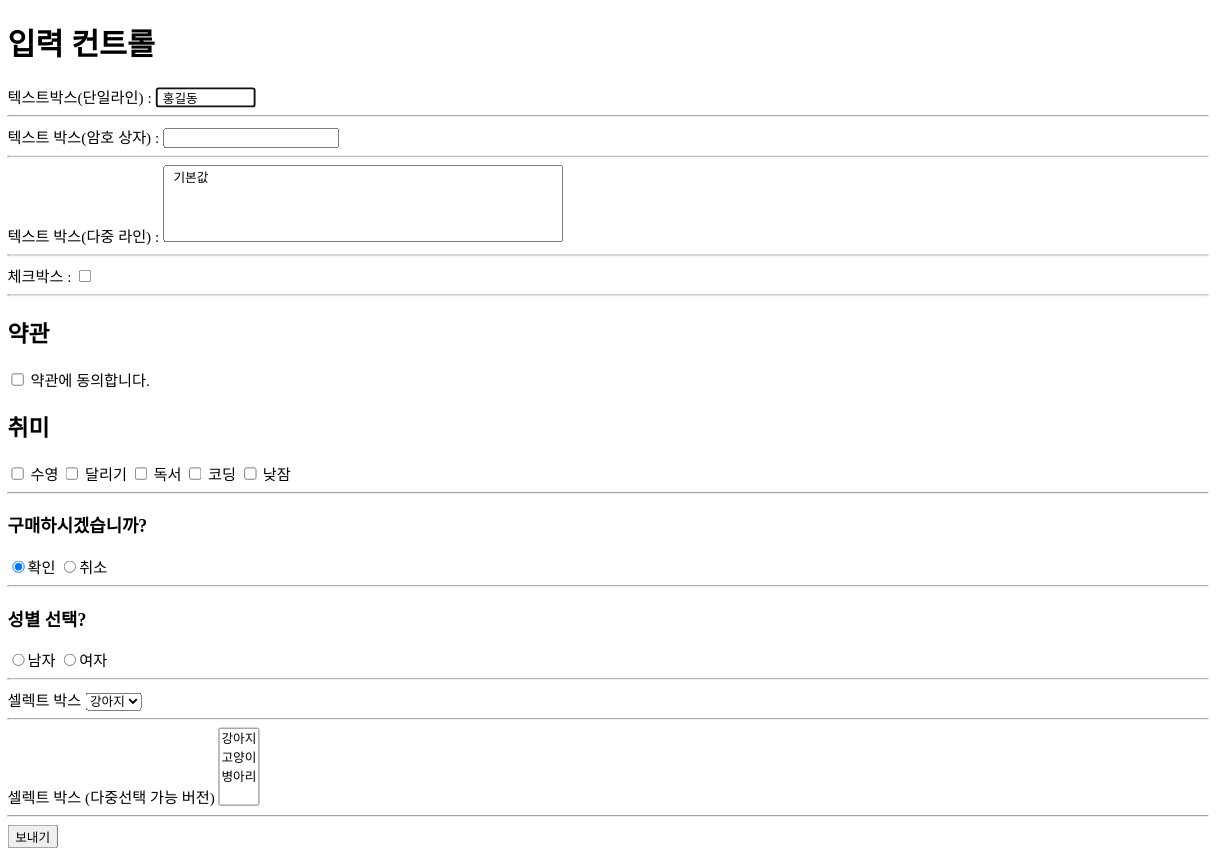
Repository: Hswwwww/WEB
Page: ClientTest/src/main/webapp/html/ex19_form.html
An editor plug-in stored every save of this project. The page is shown before and after the next save, followed by the edit.
The browser window is 1280 px wide. The pictures show the whole page, at 95% of full size.

Above is the page before, as saved 2024-03-14 01:47:04.

### ClientTest/src/main/webapp/html/ex19_form.html
<!DOCTYPE html>
<html>
<head>
<meta charset="UTF-8">
<title>Insert title here</title>
</head>
<body>
	<!--

		<form> 자식 태그
		- 입력 양식

		<input> 태그
		- 단독 태그
		- 인라인 태그
		- input.type : 입력 컨트롤의 종류
		- input.name : 서버로 전송할때 사용하는 식별자
		- input.id : 식별자. CSS, JavaScript에서 주로 사용
		- input.class : 식별자. CSS, JavaScript에서 주로 사용
		- input.size : 컨트롤의 너비 (입력받는 문자 수)
		- input.maxlength : 최대 입력 문자수 + 유효성 검사
		- input.value : 컨트롤의 입력값
		- input.readonly : 읽기 전용. 플래그형 + 입력 (x) + 서버 전송(o)
		- input.disabled : 비활성화. 플래그형 + 입력 (x) + 서버 전송 (x)
		- input.accesskey : 바로가기(니모닉) Alt + 키
		- input.autofocus : 자동 포커스
		- input.title: 풍선 도움말





	 -->

	<h1>입력 컨트롤</h1>

	<form action = "ex18.jsp">

		텍스트박스(단일라인) : <input type = "text" name = "data" id = "txt1" class = "txt"
					size = "10" maxlength = "5" value = " 홍길동" accesskey = "s" autofocus
					title = "이름을 입력하세요." >

		<hr>


		<!--

			암호 상자, Password Box, Masked TextBox
			- 모든 속성이 텍스트 박스와 동일
			- value 속성 사용 금지!!

		 -->

		 텍스트 박스(암호 상자) : <input type = "password">


		 <!--

		 	다중 라인 텍스트 박스
		 	- <textarea></textarea>
		 	- 쌍태그
		 	- 인라인 태그
		 	- 대부분의 속성은 텍스트와 동일
		 	- maxlength속성이 없다.
		 	- value 속성이 없다. > PCDATA로 적음 됨
		 	- 컨트롤러와 문서에서의 탭 성질이 다르게 적용됨 > 텍스트박스는 컨트롤러로 탭 하나하나 다 인식함

		  -->
		 <hr>
		 텍스트 박스(다중 라인) :
		 <textarea style = "resize:none;" cols="50" rows="5"> 기본값</textarea>




		<hr>
		<!--

			체크박스
			- 논리값 입력


		 -->


		체크박스 : <input type = "checkbox" >

		<hr>

		<h2>약관</h2>

		<!-- <input type = "checkbox" id = "cb1"><label for = "cb1">약관에 동의합니다. </label> -->
		<!-- 글자s를 눌러도 체크가 됨  -->

		<label><input type = "checkbox"> 약관에 동의합니다. </label>

		<h2> 취미</h2>
		<input type = "checkbox"> 수영
		<input type = "checkbox"> 달리기
		<input type = "checkbox"> 독서
		<input type = "checkbox"> 코딩
		<input type = "checkbox"> 낮잠

		<hr>

		<!--

			라디오 버튼
			- 단일값

		 -->

		<h3>구매하시겠습니까?</h3>
		<input type = "radio" name = "rb1" checked>확인
		<input type = "radio" name = "rb1">취소

		<hr>

		<h3>성별 선택?</h3>
		<input type = "radio" name = "rb2">남자
		<input type = "radio" name = "rb2">여자



		<hr>

		<!--

			셀렉트 박스
			- 콤보 박스, 드랍 다운 리스트 등...
			- 단일 선택, 다중 선택

		 -->


		셀렉트 박스
		<select>
			<option>강아지</option>
			<option>고양이</option>
			<option>병아리</option>
		</select>

		<hr>

		셀렉트 박스 (다중선택 가능 버전)
		<select multiple>
			<option>강아지</option>
			<option>고양이</option>
			<option>병아리</option>
		</select>

		<hr>
		<input type = "submit" value = "보내기">

	</form>

</body>

</html>

After the next save:
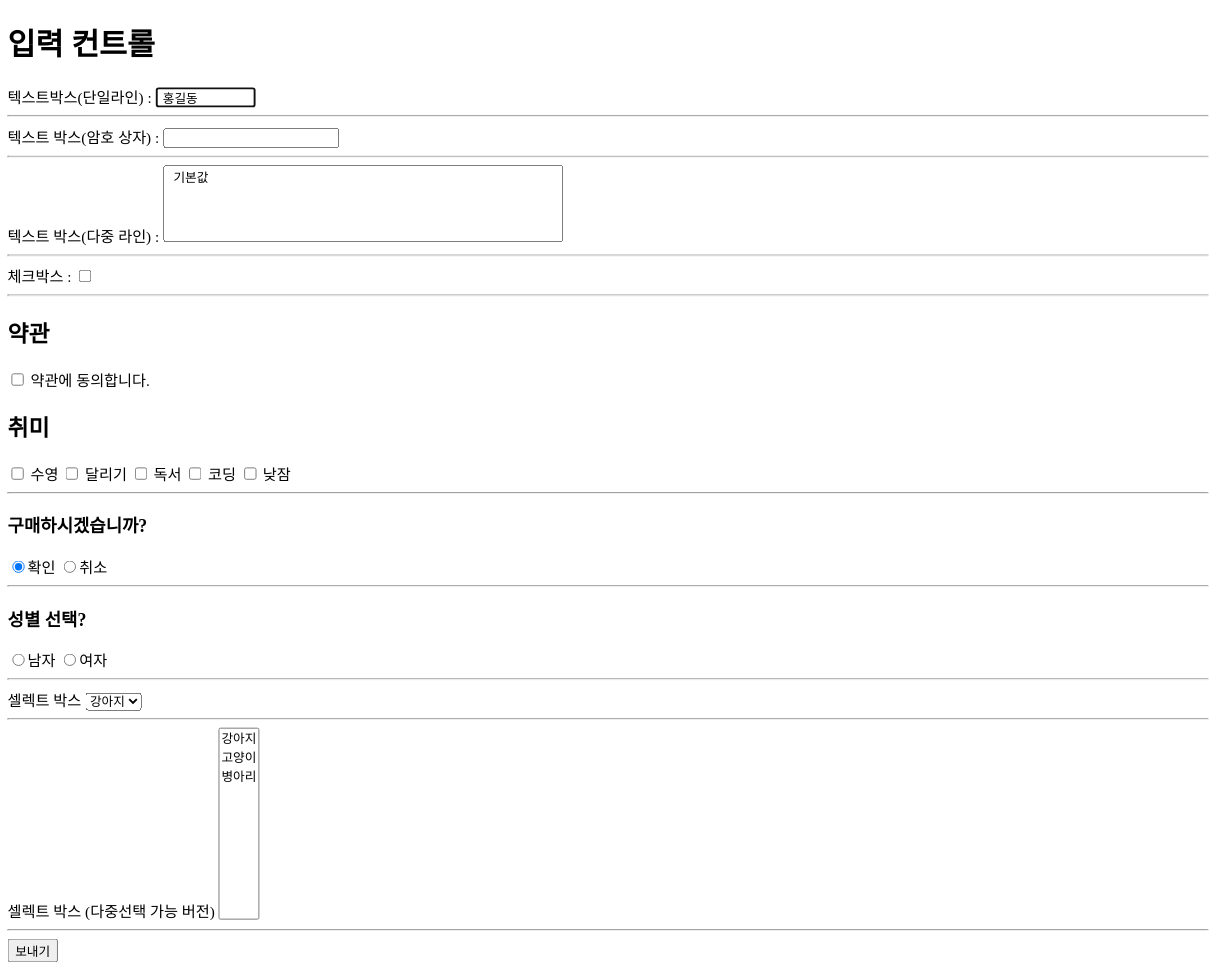
Saved 49 s later.
--- a/ClientTest/src/main/webapp/html/ex19_form.html
+++ b/ClientTest/src/main/webapp/html/ex19_form.html
@@ -143,7 +143,7 @@
 		<hr>
 
 		셀렉트 박스 (다중선택 가능 버전)
-		<select multiple>
+		<select size = "10" multiple>
 			<option>강아지</option>
 			<option>고양이</option>
 			<option>병아리</option>
